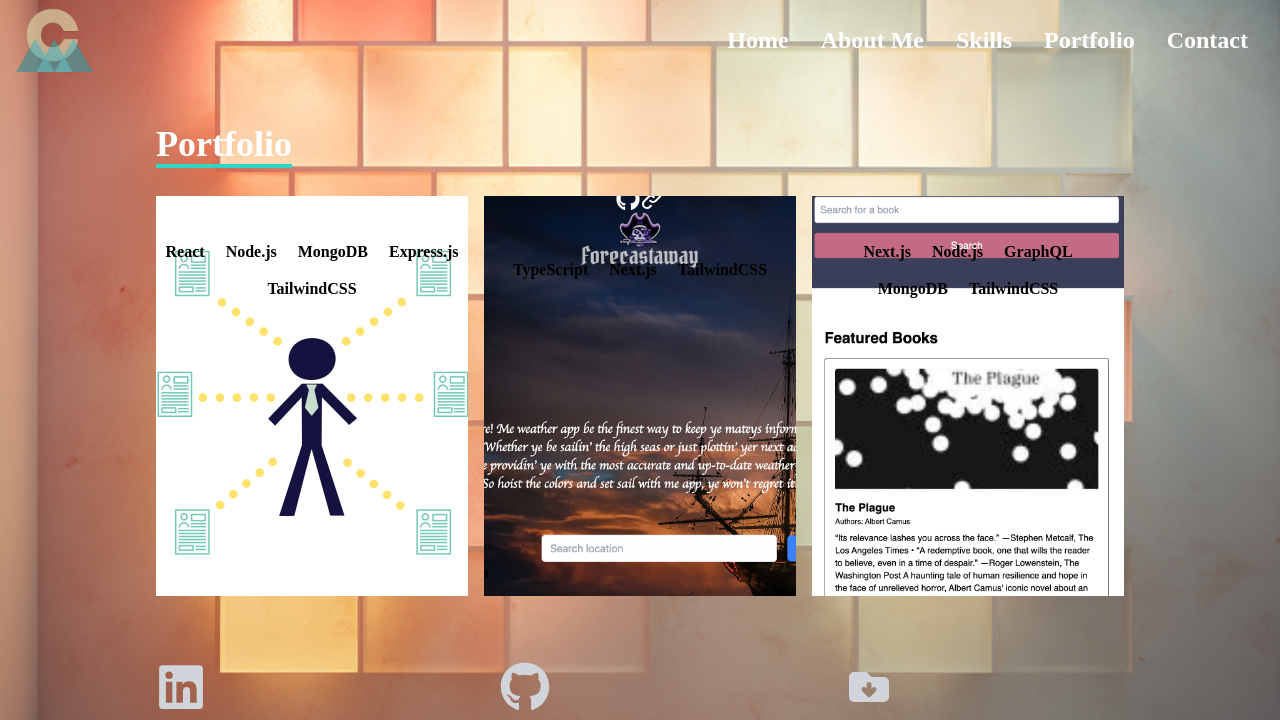
Repository: ChrisT303/portfolio-react
Page: /#/work
An editor plug-in stored every save of this project. The page is shown before and after the next save, followed by the edit.
The browser window is 1280 px wide. The pictures show the whole page.
The project was rebuilt for these pictures with package versions that can differ from the ones it lists, and the page was loaded fresh each time. Also part of the build but not shown: src/components/Hero.js, src/components/AboutMe.js, src/data/LogoData.js, src/components/Experience.js, src/components/Modal.js, src/components/Contact.js.

Above is the page before, as saved 2023-09-28 16:50:55.

### src/index.css
@tailwind base;
@tailwind components;
@tailwind utilities;

@import url("https://fonts.googleapis.com/css2?family=Raleway:wght@300;400;500;600;700;800;900&display=swap");

@layer base {
  body {
    @apply font-[Raleway];
  }
  li {
    @apply px-4;
    @apply cursor-pointer;
  }
}

.nav-hover {
  @apply hover:animate-pulse hover:text-[#30D5C8];
}

.text-main {
  @apply text-[#212020];
}

.peach {
  @apply text-[#212020] text-opacity-80;
}

.bdr {
  @apply border-[#30D5C8];
}

.form-bg {
  @apply bg-[#ccd6f6];
}

.hero-btn {
  @apply text-black font-bold border-4 rounded-full px-6 py-3 my-2 flex items-center hover:animate-pulse duration-100 hover:bg-[#30D5C8] hover:border-[#3e7a7a] hover:font-black;
}

.con-btn {
  @apply text-main border-2 hover:bg-[#30D5C8] hover:border-[#3e7a7a] hover:font-bold px-4 py-3 my-8 mx-auto flex items-center;
}
.modal-btn {
  @apply text-black border-4 rounded-lg hover:bg-[#30D5C8] hover:border-[#3e7a7a] hover:font-bold px-3 py-2 my-8 mx-auto flex justify-between items-center;
}

@media (min-width: 768px) {
  .hovereffect {
    width: 100%;
    height: 400px;
    float: left;
    overflow: hidden;
    position: relative;
    text-align: center;
    cursor: default;
  }

  .hovereffect .overlay {
    width: 100%;
    height: 100%;
    position: absolute;
    overflow: hidden;
    left: 0;
    background-color: rgba(255, 255, 255, 0.7);
    top: -200px;
    opacity: 0;
    filter: alpha(opacity=0);
    -webkit-transition: all 0.1s ease-out 0.5s;
    transition: all 0.1s ease-out 0.5s;
    display: flex;
    flex-direction: column;
    justify-content: center;
    align-items: center;
    gap: 20px;

  }

  .hovereffect:hover .overlay {
    opacity: 1;
    filter: alpha(opacity=100);
    top: 0px;
    -webkit-transition-delay: 0s;
    transition-delay: 0s;
  }

  .hovereffect img {
    display: block;
    position: relative;
  }

  .hovereffect h2 {
    text-transform: uppercase;
    color: #feb8c5;
    text-align: center;
    position: relative;
    font-size: 17px;
    padding: 10px;
    background: rgba(0, 0, 0, 0.6);
    -webkit-transform: translateY(-200px);
    -ms-transform: translateY(-200px);
    transform: translateY(-200px);
    -webkit-transition: all ease-in-out 0.1s;
    transition: all ease-in-out 0.1s;
    -webkit-transition-delay: 0.3s;
    transition-delay: 0.3s;
  }

  .hovereffect:hover h2 {
    -webkit-transform: translateY(0px);
    -ms-transform: translateY(0px);
    transform: translateY(0px);
    -webkit-transition-delay: 0.3s;
    transition-delay: 0.3s;
  }

  .hovereffect a.info {
    display: inline-block;
    text-decoration: none;
    padding: 7px 14px;
    text-transform: uppercase;
    margin: 50px 20px 0 0;
    background-color: transparent;
    -webkit-transform: translateY(-200px);
    -ms-transform: translateY(-200px);
    transform: translateY(-200px);
    color: #000;
    border: 1px solid #000;
    -webkit-transition: all ease-in-out 0.3s;
    transition: all ease-in-out 0.3s;
  }

  .hovereffect a.info:hover {
    box-shadow: 0 0 5px #fff;
  }

  .hovereffect:hover a.info {
    -webkit-transform: translateY(0px);
    -ms-transform: translateY(0px);
    transform: translateY(0px);
    box-shadow: 0 0 5px #000;
    color: #000;
    border: 1px solid #000;
    -webkit-transition-delay: 0.3s;
    transition-delay: 0.3s;
  }
}

a.info:hover {
  color: #6cc644;
}

.bounce {
  display: inline-block;
  position: relative;
  -moz-animation: bounce 0.5s infinite linear;
  -o-animation: bounce 0.5s infinite linear;
  -webkit-animation: bounce 0.5s infinite linear;
  animation: bounce 0.5s infinite linear;
}

.backdrop {
  position: fixed;
  top: 0;
  left: 0;
  width: 100%;
  height: 100vh;
  z-index: 10;
  background: rgba(0, 0, 0, 0.75);
}

.modalPos {
  position: fixed;
  top: 30vh;
  left: 10%;
  width: 80%;
  z-index: 100;
  overflow: hidden;
}

.header {
  background: #31708e;
  padding: 1rem;
}

.header h2 {
  margin: 0;
  color: white;
  font-weight: bold;
}

.content {
  display: flex;
  justify-content: space-between;
  padding: 1rem;
  background: white;
}

.actions {
  padding: 1rem;
  display: flex;
  justify-content: flex-end;
}

.project-image {
  width: 100%;
  height: 400px;
  object-fit: cover;
}

.button-container {
  display: flex;
  justify-content: center;
  gap: 20px;
  margin-top: 20px;
}

.tech-container {
  display: flex;
  justify-content: center;
  gap: 5px;
  flex-wrap: wrap;
}

.tooltip {
  visibility: hidden;
  background-color: #555;
  color: #fff;
  text-align: center;
  padding: 5px 10px;
  border-radius: 6px;
  position: absolute;
  z-index: 1;
  bottom: 100%;
  left: 50%;
  margin-left: -60px;
  opacity: 0;
  transition: opacity 0.3s;
}

.tooltip::after {
  content: "";
  position: absolute;
  top: 100%;
  left: 50%;
  margin-left: -5px;
  border-width: 5px;
  border-style: solid;
  border-color: #555 transparent transparent transparent;
}

.container:hover .tooltip {
  visibility: visible;
  opacity: 1;
}



@media (min-width: 768px) {
  .modalPos {
    left: calc(50% - 20rem);
    width: 40rem;
  }
}

### src/App.js

import Navigation from "./components/Navigation";
import Hero from "./components/Hero";
import AboutMe from "./components/AboutMe";
// import Footer from "./components/Footer";
import Experience from "./components/Experience";
import Contact from "./components/Contact";
import Work from "./components/Work";
import React from "react";
import { HashRouter as Router, Routes, Route } from "react-router-dom";


const App = () => {
  return (
    <Router>
      <Navigation />
      <Routes>
        <Route path="/" element={<Hero />} />
        <Route path="/about" element={<AboutMe />} />
        <Route path="/experience" element={<Experience />} />
        <Route path="/work" element={<Work />} />
        <Route path="/contact" element={<Contact />} />
      </Routes>
      {/* <Footer /> */}
    </Router>
  );
};



export default App;

### src/components/Navigation.js
import React, { useState } from "react";
import { NavLink } from "react-router-dom";
import { FaBars, FaTimes } from "react-icons/fa";
import Logo from "../assets/newlogo.png";


const Navigation = () => {
  const [nav, setNav] = useState(false);
  const handleClick = () => setNav(!nav);

  return (
    <div className="fixed w-full h-[80px] flex justify-between items-center px-4 bg-inherit text-main text-2xl font-semibold z-10">
      <div>
        <img  src={Logo} alt="Logo" className="hidden md:flex h-16" />
      </div>
      <ul className="hidden md:flex">
        <li>
          <NavLink to="/" className="nav-hover text-white">
            Home
          </NavLink>
        </li>
        <li>
          <NavLink to="/about" className="nav-hover text-white">
            About Me
          </NavLink>
        </li>
        <li>
          <NavLink to="/experience" className="nav-hover text-white">
            Skills
          </NavLink>
        </li>
        <li>
          <NavLink to="/work" className="nav-hover text-white">
            Portfolio
          </NavLink>
        </li>
        <li>
          <NavLink to="/contact" className="nav-hover text-white">
            Contact
          </NavLink>
        </li>
      </ul>

      <div onClick={handleClick} className="md:hidden z-100">
        {!nav ? <FaBars /> : <FaTimes />}
      </div>
      <ul
        className={
          !nav
            ? "hidden"
            : "absolute top-0 left-0 w-full h-screen main flex flex-col justify-center items-center bg-black md:bg-black "
        }
      >
        <li className="py-6 text-4xl">
          <NavLink onClick={handleClick} to="/" className="nav-hover text-white">
            Home
          </NavLink>
        </li>
        <li className="py-6 text-4xl">
          <NavLink onClick={handleClick} to="/about" className="nav-hover text-white">
            About Me
          </NavLink>
        </li>
        <li className="py-6 text-4xl">
          <NavLink onClick={handleClick} to="/experience" className="nav-hover text-white">
            Skills
          </NavLink>
        </li>
        <li className="py-6 text-4xl">
          <NavLink onClick={handleClick} to="/work" className="nav-hover text-white">
            Portfolio
          </NavLink>
        </li>
        <li className="py-6 text-4xl">
          <NavLink onClick={handleClick} to="/contact" className="nav-hover text-white">
            Contact
          </NavLink>
        </li>
      </ul>
    </div>
  );
};

export default Navigation;

### src/components/Work.js
import applications from "../data/ProjectData";
import { FaGithub } from "react-icons/fa";
import { HiOutlineLink } from "react-icons/hi";
import Footer from "./Footer";

const Work = () => (
  <div className="w-full md:h-screen text-white bg-eyes bg-cover bg-center">
    <div className="max-w-[1000px] mx-auto p-4 flex flex-col justify-center w-full h-full">
      <div className="pb-8">
        <p className="text-4xl font-bold inline border-b-4 text-white bdr">
          Portfolio
        </p>
      </div>
      <div className="grid mx-auto sm:grid-cols-2 md:grid-cols-3 gap-4">
        {applications.map((app) => (
          <div key={app.key} className="hovereffect">
            <div className="text-center">
              {/* App name on top of the image */}
              <h2 className="font-bold md:hidden">{app.name}</h2>
              <img className="project-image" src={app.src} alt={app.name} />
            </div>
            <div className="overlay grid grid-cols-3 pt-4">
              {/* Title (app name) for large screens */}
              <h2 className="font-bold hidden md:block col-span-3 text-center">
                {app.name}
              </h2>
              {/* Links centered below the image */}
              <div className="col-span-3 text-center mb-4">
                <a href={app.code} className="info">
                  <div className="flex justify-around text-2xl hover:text-[#6cc644]">
                    <FaGithub />
                  </div>
                </a>
                <a className="info" href={app.link}>
                  <div className="flex justify-around text-2xl hover:text-[#dE73FF]">
                    <HiOutlineLink />
                  </div>
                </a>
              </div>
              {/* Tech names over the image */}
              <div className="col-span-3 text-center">
                <div className="tech-container">
                  {app.tech.map((tech) => (
                    <span
                      key={tech}
                      className="bg-main text-black font-extrabold py-1 px-2 rounded-md"
                    >
                      {tech}
                    </span>
                  ))}
                </div>
              </div>
            </div>
          </div>
        ))}
      </div>
      <Footer />
    </div>
  </div>
);

export default Work;

### src/components/Footer.js
import React from "react";
import { FaLinkedin, FaGithub } from "react-icons/fa";
import { HiFolderDownload } from "react-icons/hi";

const Footer = () => {
  return (
    <footer className="bg-inherit fixed bottom-0 left-0 w-full">
      <div>
        <div>
          <div className="max-w-[1000px] mx-auto pt-4 pb-2">
            <ul className="w-full space-y-2 grid grid-cols-3 auto-cols-max mb-0 gap-8 justify-center">
              <li>
                <a
                  href="https://www.linkedin.com/in/christopher-williams-368b29201/"
                  className="text-gray-300 group hover:text-[#0072b1]"
                >
                  <h2 className="invisible md:group-hover:visible md:group-hover:animate-bounce pt-2">
                    LinkedIn
                  </h2>
                  <FaLinkedin size={50} />
                </a>
              </li>
              <li>
                <a
                  href="https://github.com/deftonechris"
                  className="text-gray-300 group hover:text-[#6cc644]"
                >
                  <h2 className="invisible md:group-hover:visible md:group-hover:animate-bounce">
                    GitHub
                  </h2>
                  <FaGithub size={50} />
                </a>
              </li>
              <li>
                <a
                  href="https://drive.google.com/file/d/1F9QXAFgH3DuC2GkPuuiRkouwcBjN8J8z/view?usp=drive_link"
                  className="text-gray-300 group hover:text-red-600"
                >
                  <h2 className="invisible md:group-hover:visible md:group-hover:animate-bounce">
                    Resume
                  </h2>
                  <HiFolderDownload size={50} />
                </a>
              </li>
            </ul>
          </div>
        </div>
      </div>
    </footer>
  );
};

export default Footer;

### src/data/ProjectData.js
import Libro from '../assets/Libro3.png'
import JobJot from '../assets/JobJotSS.png'
import ForeSS from '../assets/ForeSS.png'



const applications = [
  {
    key: 1,
    name: "JobJot",
    src: JobJot,
    code: "https://github.com/deftonechris/JobJot",
    link: "https://jobjot.onrender.com/",
    tech: ["React", "Node.js", "MongoDB", "Express.js", "TailwindCSS"],

  },
  {
    key: 2,
    name: "ForeCastaway",
    src: ForeSS,
    code: "https://github.com/deftonechris/ForeCastaway",
    link: "https://fore-castaway-rvp6.vercel.app/",
    tech: ["TypeScript", "Next.js", "TailwindCSS"],

  },
  {
    key: 3,
    name: "LibroMarkit",
    src: Libro,
    code: "https://github.com/deftonechris/LibroMarkIt",
    link: "https://libro-mark-it.vercel.app/",
    tech: ["Next.js", "Node.js", "GraphQL", "MongoDB", "TailwindCSS"],

  },

];



export default applications;

### tailwind.config.js
/** @type {import('tailwindcss').Config} */
module.exports = {
  content: ["./src/**/*.{js,jsx,ts,tsx}"],
  theme: {
    extend: {
      backgroundImage: {
        eyes: "url('./assets/wallPatern.png')",
      },
    },
  },
  plugins: [],
};

Loaded but not shown: public/index.html (common file); src/index.js (common file)

After the next save:
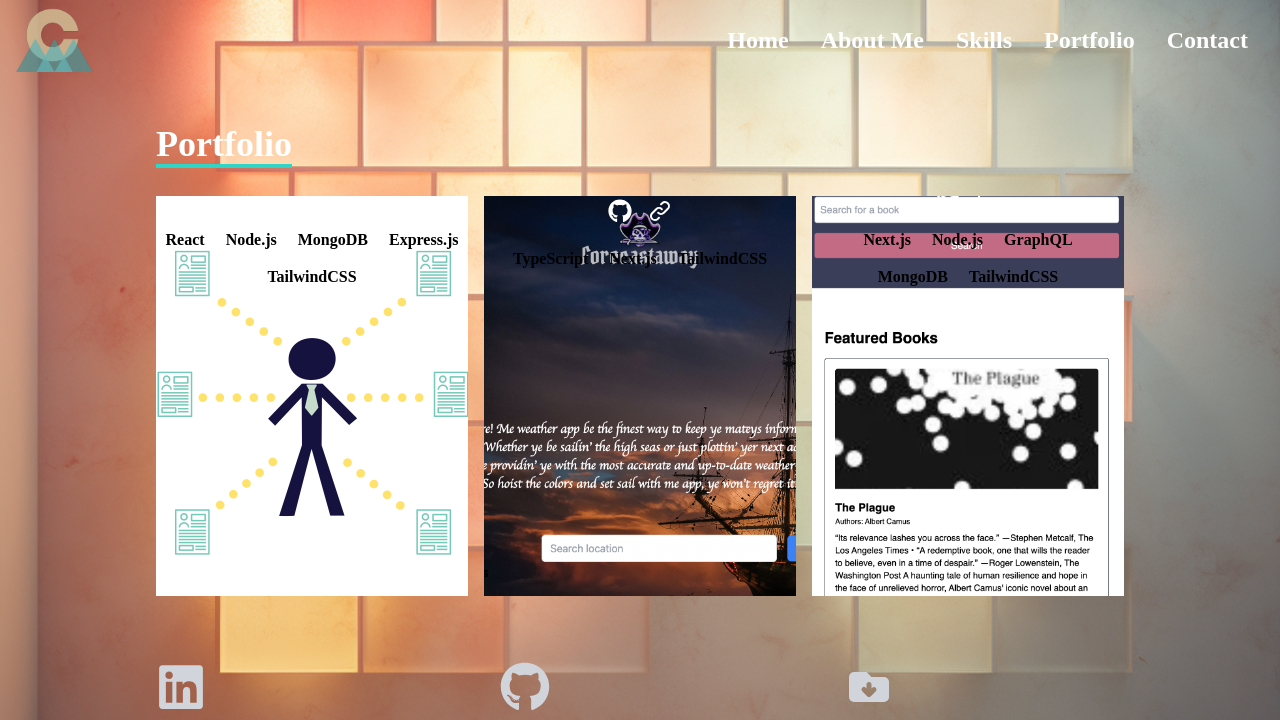
Saved 60 s later.
--- a/src/components/Work.js
+++ b/src/components/Work.js
@@ -25,17 +25,19 @@ const Work = () => (
                 {app.name}
               </h2>
               {/* Links centered below the image */}
-              <div className="col-span-3 text-center mb-4">
-                <a href={app.code} className="info">
-                  <div className="flex justify-around text-2xl hover:text-[#6cc644]">
-                    <FaGithub />
-                  </div>
-                </a>
-                <a className="info" href={app.link}>
-                  <div className="flex justify-around text-2xl hover:text-[#dE73FF]">
-                    <HiOutlineLink />
-                  </div>
-                </a>
+              <div className="col-span-3 text-center mb-4 md:mb-0">
+                <div className="flex justify-center space-x-4">
+                  <a href={app.code} className="info">
+                    <div className="flex justify-around text-2xl hover:text-[#6cc644]">
+                      <FaGithub />
+                    </div>
+                  </a>
+                  <a className="info" href={app.link}>
+                    <div className="flex justify-around text-2xl hover:text-[#dE73FF]">
+                      <HiOutlineLink />
+                    </div>
+                  </a>
+                </div>
               </div>
               {/* Tech names over the image */}
               <div className="col-span-3 text-center">
